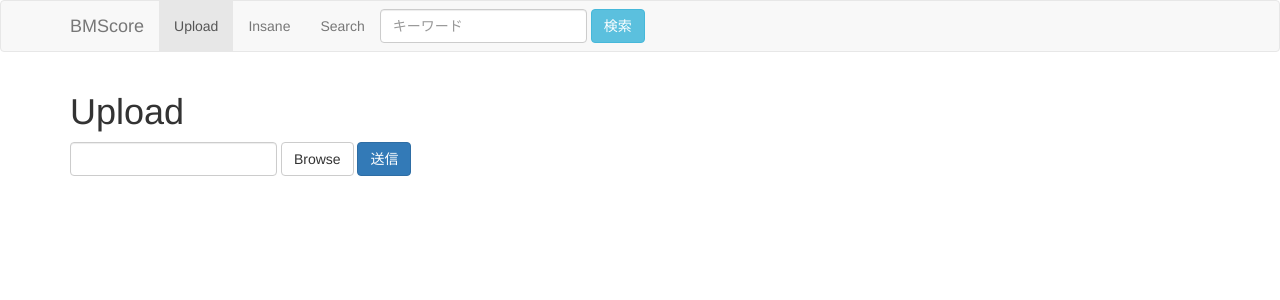
Repository: h1dia/bmscore
Page: upload.html
The author's editor kept a record of every edit. The page is drawn from the files as they stood at one moment, then again after the next edit.
The browser window is 1280 px wide. The pictures show the whole page.
Some web libraries are served in a nearby version.

Above is the page before.

### upload.html
<!DOCTYPE html>
<html lang="ja">
  <head>
    <meta charset="utf-8">
    <meta http-equiv="X-UA-Compatible" content="IE=edge">
    <meta name="viewport" content="width=device-width, initial-scale=1">
    <!-- The above 3 meta tags *must* come first in the head; any other head content must come *after* these tags -->
    <title>BMScore - 譜面のアップロード</title>

    <!-- Bootstrap -->
    <link href="css/bootstrap.min.css" rel="stylesheet">
    <link href="css/bootstrap.css" rel="stylesheet">

    <!-- HTML5 shim and Respond.js for IE8 support of HTML5 elements and media queries -->
    <!-- WARNING: Respond.js doesn't work if you view the page via file:// -->
    <!--[if lt IE 9]>
      <script src="https://oss.maxcdn.com/html5shiv/3.7.2/html5shiv.min.js"></script>
      <script src="https://oss.maxcdn.com/respond/1.4.2/respond.min.js"></script>
    <![endif]-->

  </head>

  <nav class="navbar navbar-default">
    <div class="container">
        <!-- モバイル表示 -->
        <div class="navbar-header">
            <button type="button" class="navbar-toggle"
            data-toggle="collapse" data-target="#navbar-menu">
                <span class="icon-bar"></span>
                <span class="icon-bar"></span>
                <span class="icon-bar"></span>
            </button>
            <a class="navbar-brand" href="./index.html">BMScore</a>
        </div>

        <!-- ヘッダ情報 -->
        <div class="collapse navbar-collapse" id="navbar-menu">

        <!-- リストの配置 -->
        <ul class="nav navbar-nav">
            <li class="active"><a href="upload.html">Upload</a></li>
            <li><a href="#">Insane</a></li>
        </ul>

        <p class="navbar-text">Search</p>
          <form class="navbar-form">
            <div class="form-group">
               <input type="text" class="form-control" placeholder="キーワード">
            </div>
            <button type="submit" class="btn btn-info">検索</button>
          </form>

        </div>

    </div>
  </nav>

    <!-- jQuery (necessary for Bootstrap's JavaScript plugins) -->
    <script src="//ajax.googleapis.com/ajax/libs/jquery/2.1.3/jquery.min.js"></script>
    <!-- Include all compiled plugins (below), or include individual files as needed -->
    <script src="js/bootstrap.min.js"></script>

    <body>
    <div class=container>

        <h1>Upload</h1>
        <p class="info"></p>


        <div class="row">
        <form action="javascript:;">
          <input id="lefile" type="file" style="display:none">
            <div class="col-xs-8 form-inline">
                <input id="filepath" class="form-control" type="text">
                <a class="btn btn-default" onclick="$('input[id=lefile]').click();">Browse</a>
                <input type="submit" class="btn btn-primary" id="update" value="送信" />
            </div>
        </form>
        </div>

      <script>
      $('input[id=lefile]').change(function() {
        $('#filepath').val($(this).val().replace(/(c:\\)*fakepath\\/i, ''));
      });

      $(function(){
          $("#update").bind("click", function(){
            $("p.alert").html("<img src='./pic/loader.gif'/>");

            var fd = new FormData();

            if ( $("#lefile").val() !== '' ) {
              fd.append( "file", $("#lefile").prop("files")[0] );
            }

            // dataにFormDataを指定する場合 processData,contentTypeをfalseにしてjQueryがdataを処理しないようにする
            var postData = {
              type : "POST",
              dataType : "text",
              data : fd,
              processData : false,
              contentType : false
            };

            $.ajax( "./upload.php", postData ).done(function( text ){
              $("p.alert").html(text);
            });

          });
        });
        </script>

        <p></p>

        <div class="row">
        <p class="alert"></p>
        </div>

        </div>
    </body>
</html>

Loaded but not shown: css/bootstrap.min.css (library); css/bootstrap.css (library); js/bootstrap.min.js (library)

After the next edit:
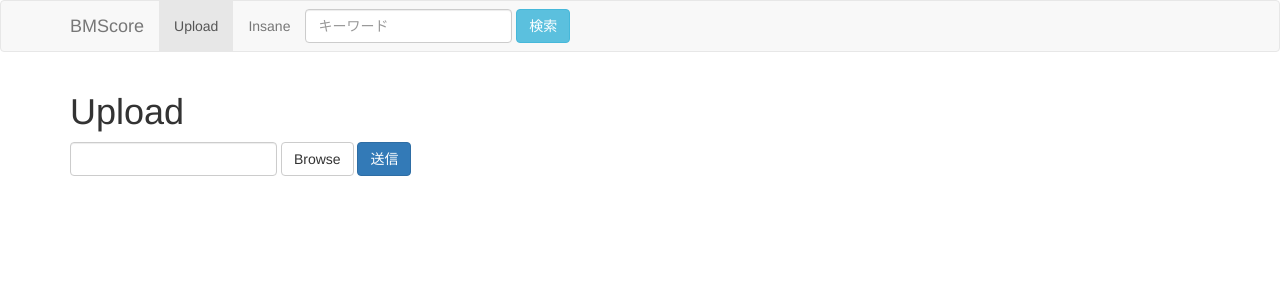
The edit:
--- a/upload.html
+++ b/upload.html
@@ -42,7 +42,6 @@
             <li><a href="#">Insane</a></li>
         </ul>
 
-        <p class="navbar-text">Search</p>
           <form class="navbar-form">
             <div class="form-group">
                <input type="text" class="form-control" placeholder="キーワード">
